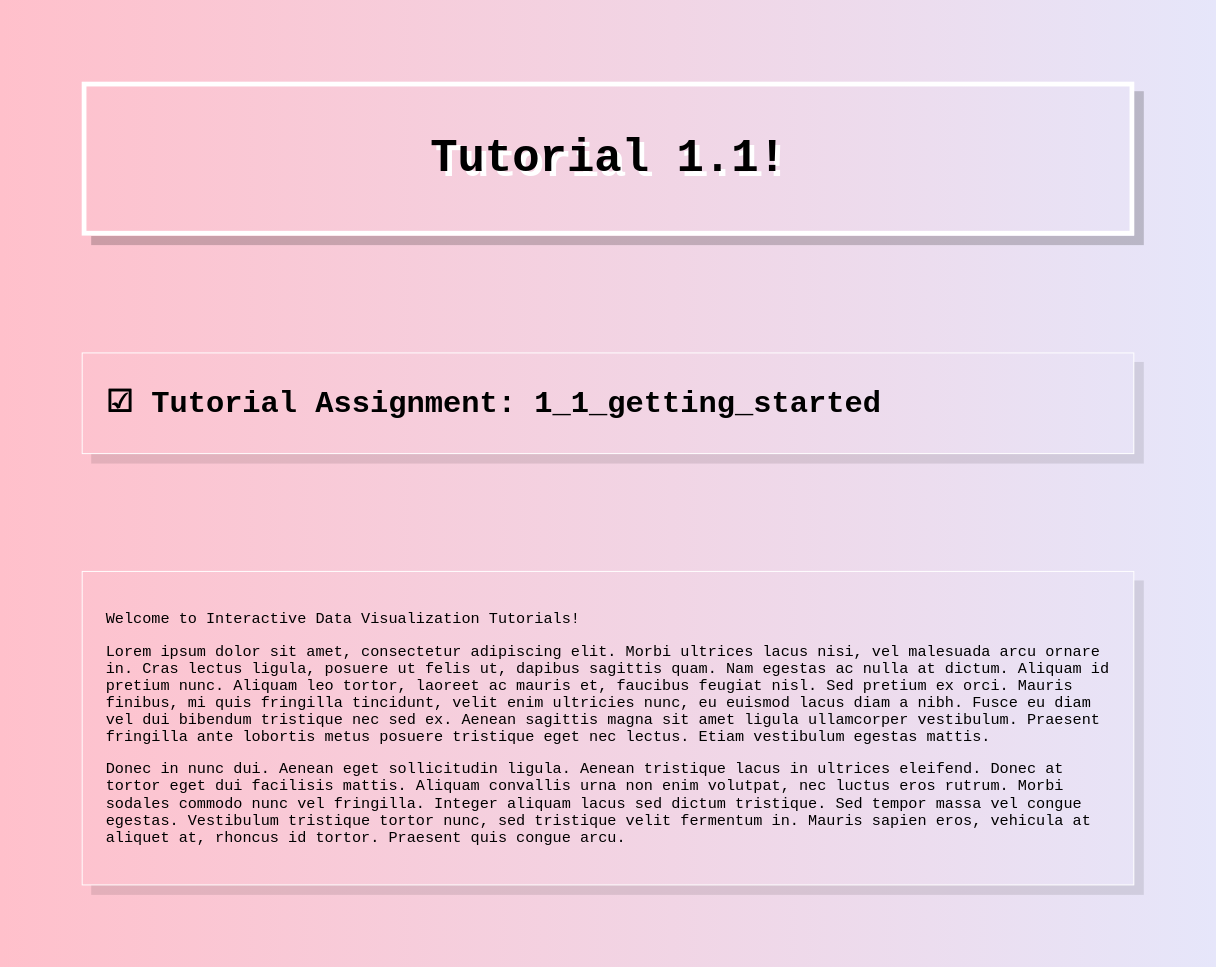
Repository: lisjak/Interactive-Data-Vis-Fall2022
Page: 1_1_getting_started/index.html
These files come from the project's save history. The page is drawn as it stood at one moment and after a run of saves; the edit follows.
The browser window is 1280 px wide. The pictures show the whole page, at 95% of full size.
The pointer rests on the first visible `div`.
Some web fonts or font styles are not loaded; a fallback is used.

Above is the page before, as saved 2022-09-04 22:06:01.

### 1_1_getting_started/index.html
<!DOCTYPE html>

<head>
    <meta charset="utf-8">

    <title>Interactive Data Visualization Tutorial</title>

    <link rel="stylesheet" href="https://fonts.googleapis.com/css?family=Source+Sans+Pro">

    <link href="https://fonts.googleapis.com/css2?family=Azeret+Mono&display=swap" rel="stylesheet">

    <link rel="stylesheet" href="./style.css">
</head>

<body>
    <div>
        <h1>
            Tutorial 1.1!
        </h1>
    </div>
    <div>
        <h3>
            &#9745; Tutorial Assignment: 1_1_getting_started
        </h3>
    </div>
    <div>
        <p>
            Welcome to Interactive Data Visualization Tutorials!
        </p>

        <p>
            Lorem ipsum dolor sit amet, consectetur adipiscing elit. Morbi ultrices lacus nisi, vel malesuada arcu ornare in. Cras lectus ligula, posuere ut felis ut, dapibus sagittis quam. Nam egestas ac nulla at dictum. Aliquam id pretium nunc. Aliquam leo tortor,
            laoreet ac mauris et, faucibus feugiat nisl. Sed pretium ex orci. Mauris finibus, mi quis fringilla tincidunt, velit enim ultricies nunc, eu euismod lacus diam a nibh. Fusce eu diam vel dui bibendum tristique nec sed ex. Aenean sagittis magna
            sit amet ligula ullamcorper vestibulum. Praesent fringilla ante lobortis metus posuere tristique eget nec lectus. Etiam vestibulum egestas mattis.
        </p>

        <p>
            Donec in nunc dui. Aenean eget sollicitudin ligula. Aenean tristique lacus in ultrices eleifend. Donec at tortor eget dui facilisis mattis. Aliquam convallis urna non enim volutpat, nec luctus eros rutrum. Morbi sodales commodo nunc vel fringilla. Integer
            aliquam lacus sed dictum tristique. Sed tempor massa vel congue egestas. Vestibulum tristique tortor nunc, sed tristique velit fermentum in. Mauris sapien eros, vehicula at aliquet at, rhoncus id tortor. Praesent quis congue arcu.
        </p>
    </div>
</body>

</html>

### 1_1_getting_started/style.css
body {
    background-image: linear-gradient(to right, pink, lavender);
    font-family: 'Azeret Mono', monospace;
    font-size: 16px;
    padding: 1em;
    display: flex;
    flex-direction: column;
}

div {
    align-items: center;
    justify-content: center;
    border: 1px solid white;
    padding: 2%;
    margin: 5%;
    box-shadow: 10px 10px 0px rgb(0 0 0 / 0.1);
    transition: 0.5s;
    /* opacity: 0.8; */
}

div:hover {
    padding: 3%;
    border: 5px solid white;
    /* opacity: 1; */
    transition: 0.5s;
    box-shadow: 10px 10px 0px rgb(0 0 0 / 0.2);
}

div h1 {
    font-size: 3em;
    margin: 0.25em 0;
    text-shadow: 5px 5px 0px white;
    text-align: center;
    font-weight: bold;
}

h3 {
    font-size: 2em;
    margin: 0.25em 0;
}

p {
    font-size: 1em;
    color: black;
}

After the next 2 saves:
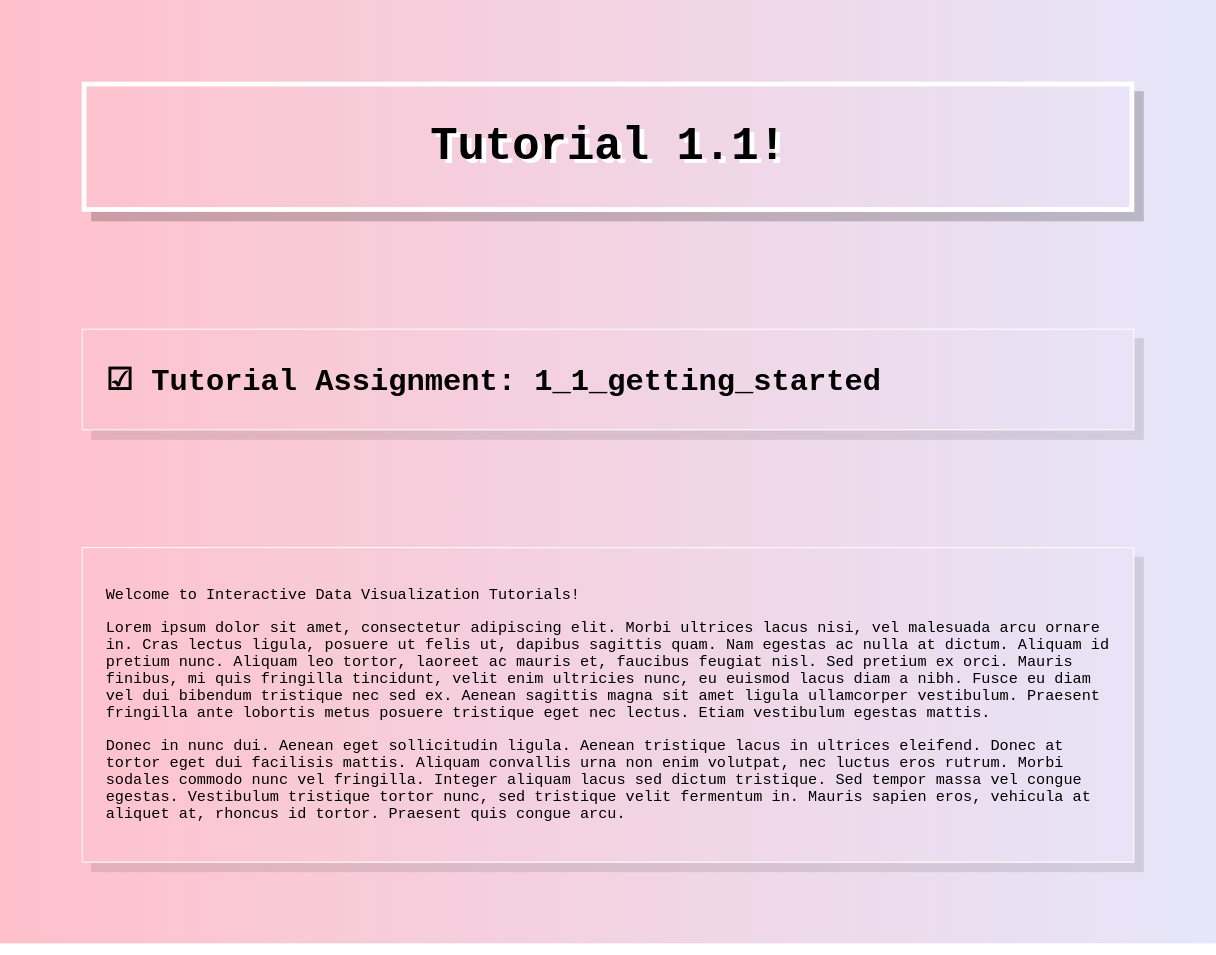
The 2 saves are shown as one change because they came seconds apart.
The last was saved 12 s later.
--- a/1_1_getting_started/style.css
+++ b/1_1_getting_started/style.css
@@ -19,9 +19,7 @@ div {
 }
 
 div:hover {
-    padding: 3%;
     border: 5px solid white;
-    /* opacity: 1; */
     transition: 0.5s;
     box-shadow: 10px 10px 0px rgb(0 0 0 / 0.2);
 }
